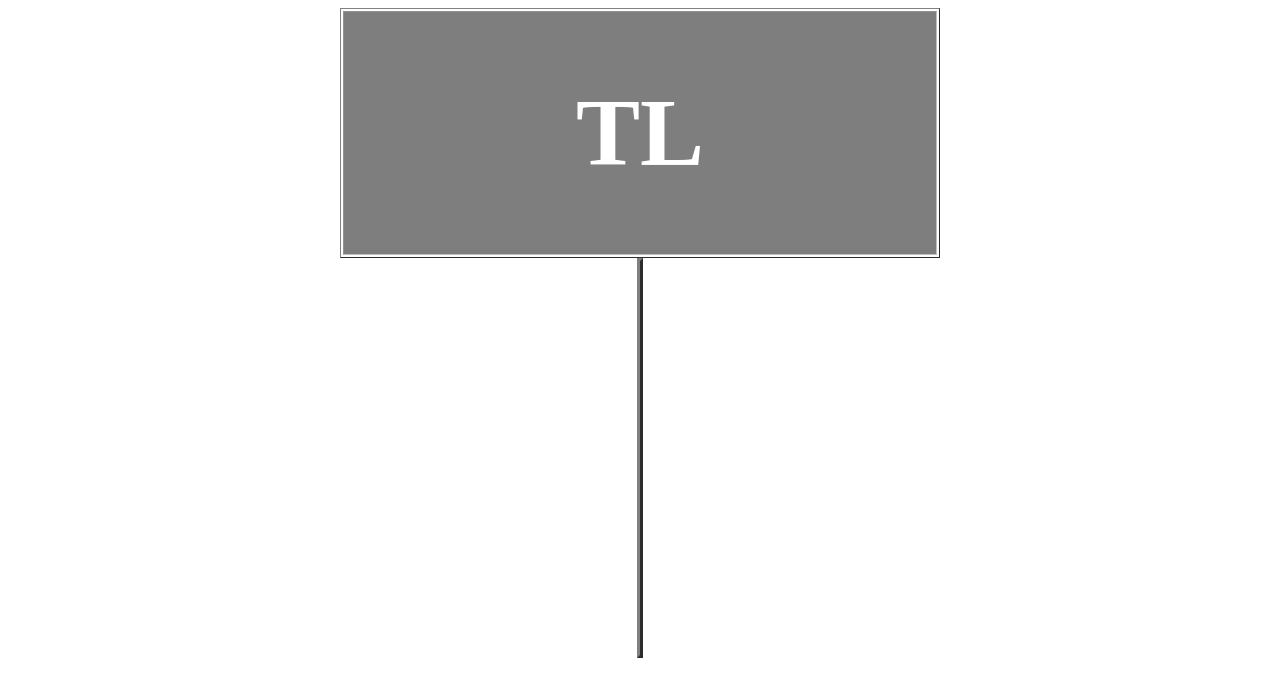
Repository: DAXMZB/Project
Page: http://localhost/SP2/addMember.jsp
The author's editor kept a copy of each file at every save. The page is drawn from the files as they stood at one save, then again after the next save.
The browser window is 1280 px wide. The pictures show the whole page.
The page is served by Tomcat 9. Other server files are loaded and not shown.

Above is the page before, as saved 2026-02-07 07:54:25.

### SP2/src/main/webapp/addMember.jsp
<%@ page language="java" contentType="text/html; charset=UTF-8"
	pageEncoding="UTF-8"%>
<!DOCTYPE html>
<html>
<head>
<meta charset="UTF-8">
<title>Insert title here</title>
</head>
<body>
	<table width=600 align=center border=1>
		<tr height=100><%@include file="title.jsp"%></tr>
		<form action="addMemberController" method="post">
			<table height=400 align=center border=3></table>
		</form>
	</table>
</body>
</html>

### SP2/src/main/webapp/title.jsp
<%@ page language="java" contentType="text/html; charset=UTF-8"
	pageEncoding="UTF-8"%>
<!DOCTYPE html>
<html>
<head>
<meta charset="UTF-8">
<title>Insert title here</title>
</head>
<body>
	<td colspan=2 bgcolor=black style="opacity: 0.5" align=center><font
		color=white size=7><b><h1>TL</h1></b></font></td>
</body>
</html>

After the next save:
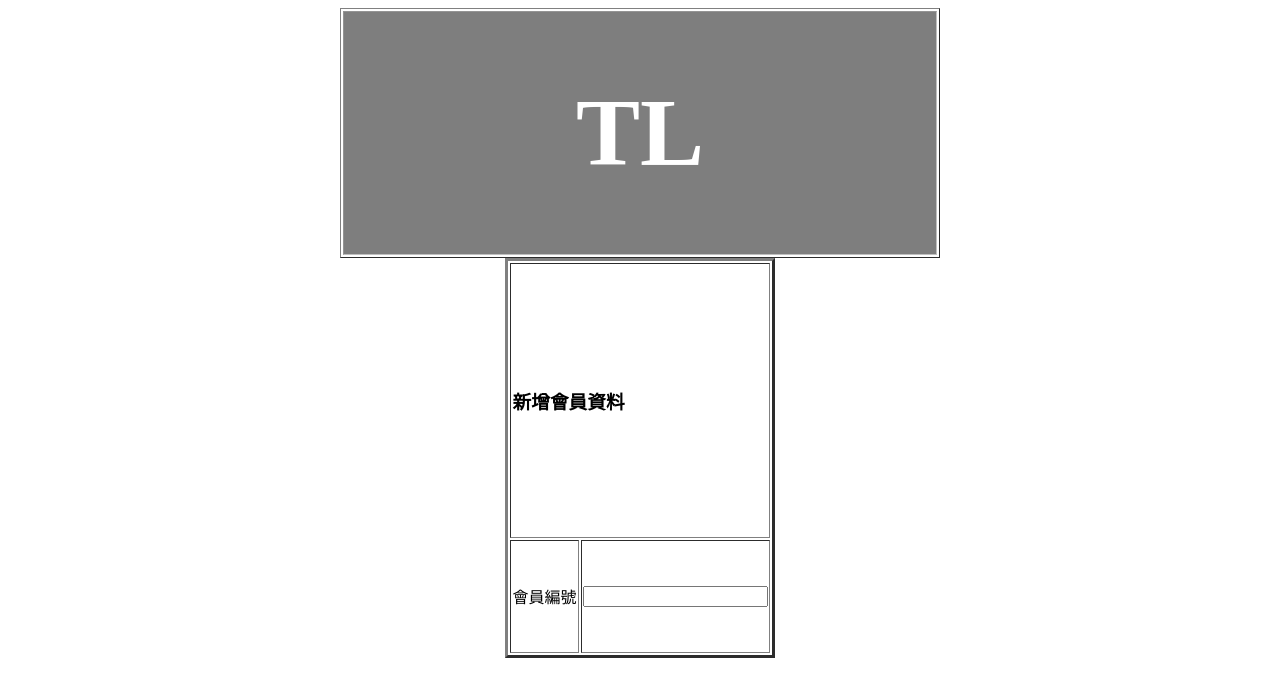
Saved 4 min 45 s later.
--- a/SP2/src/main/webapp/addMember.jsp
+++ b/SP2/src/main/webapp/addMember.jsp
@@ -10,7 +10,10 @@
 	<table width=600 align=center border=1>
 		<tr height=100><%@include file="title.jsp"%></tr>
 		<form action="addMemberController" method="post">
-			<table height=400 align=center border=3></table>
+			<table height="400" align="center" border="3">
+				<td colspan=2><h3>新增會員資料</h3></td>
+				<tr><td>會員編號</td><td><input type="text" name="memberNo">
+			</table>
 		</form>
 	</table>
 </body>
